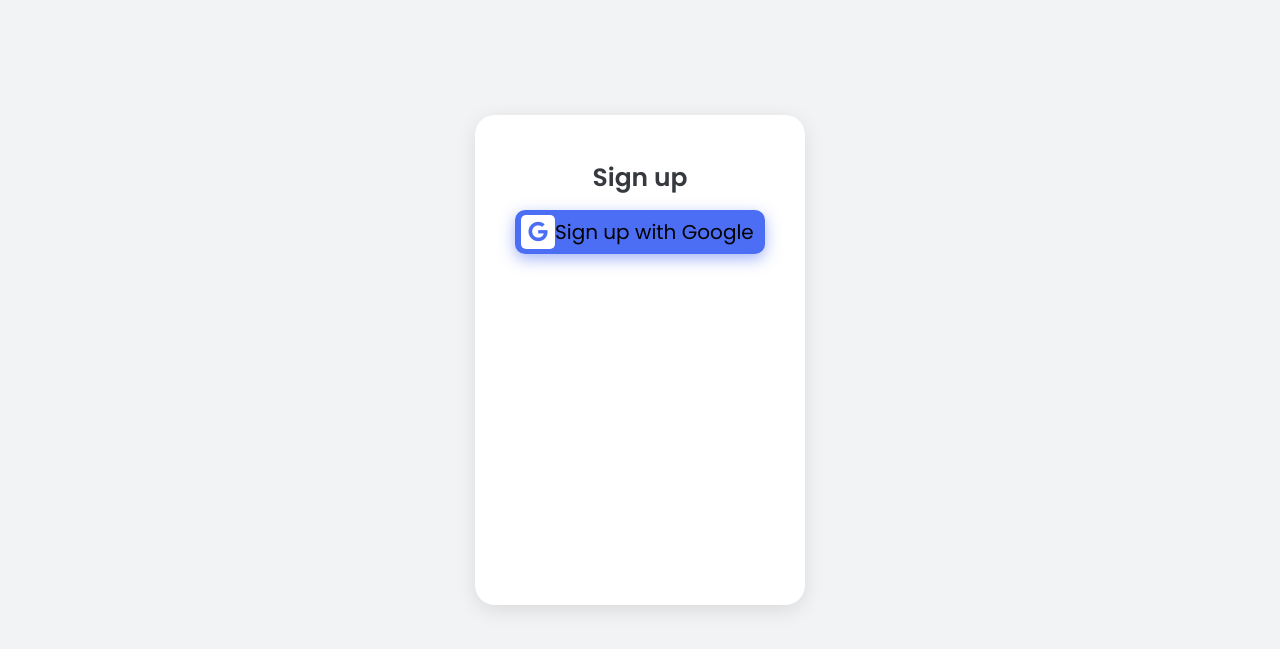
Repository: TranMinhMan040702/practice_html-css
Page: form-login/index.html
These files come from the project's save history. The page is drawn as it stood at one moment and after the next save; the edit follows.
The browser window is 1280 px wide. The pictures show the whole page.
Some web libraries are served in a nearby version.

Above is the page before, as saved 2022-08-24 13:09:12.

After the next save:
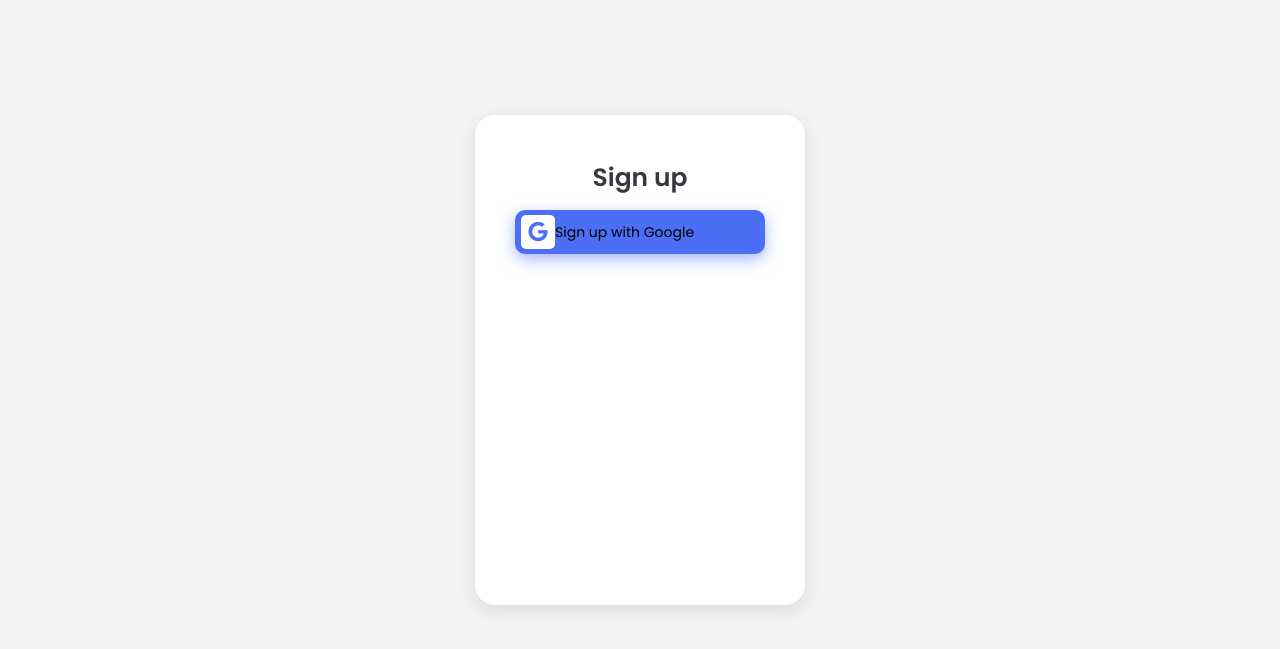
Saved 7 s later.
--- a/form-login/main.css
+++ b/form-login/main.css
@@ -37,7 +37,7 @@ body {
 .signup-button {
     padding: 6px;
     font-family: "Poppins", sans-serif;
-    font-size: 2rem;
+    font-size: 1.4rem;
     width: 100%;
     height: 44px;
     border-radius: 10px;
